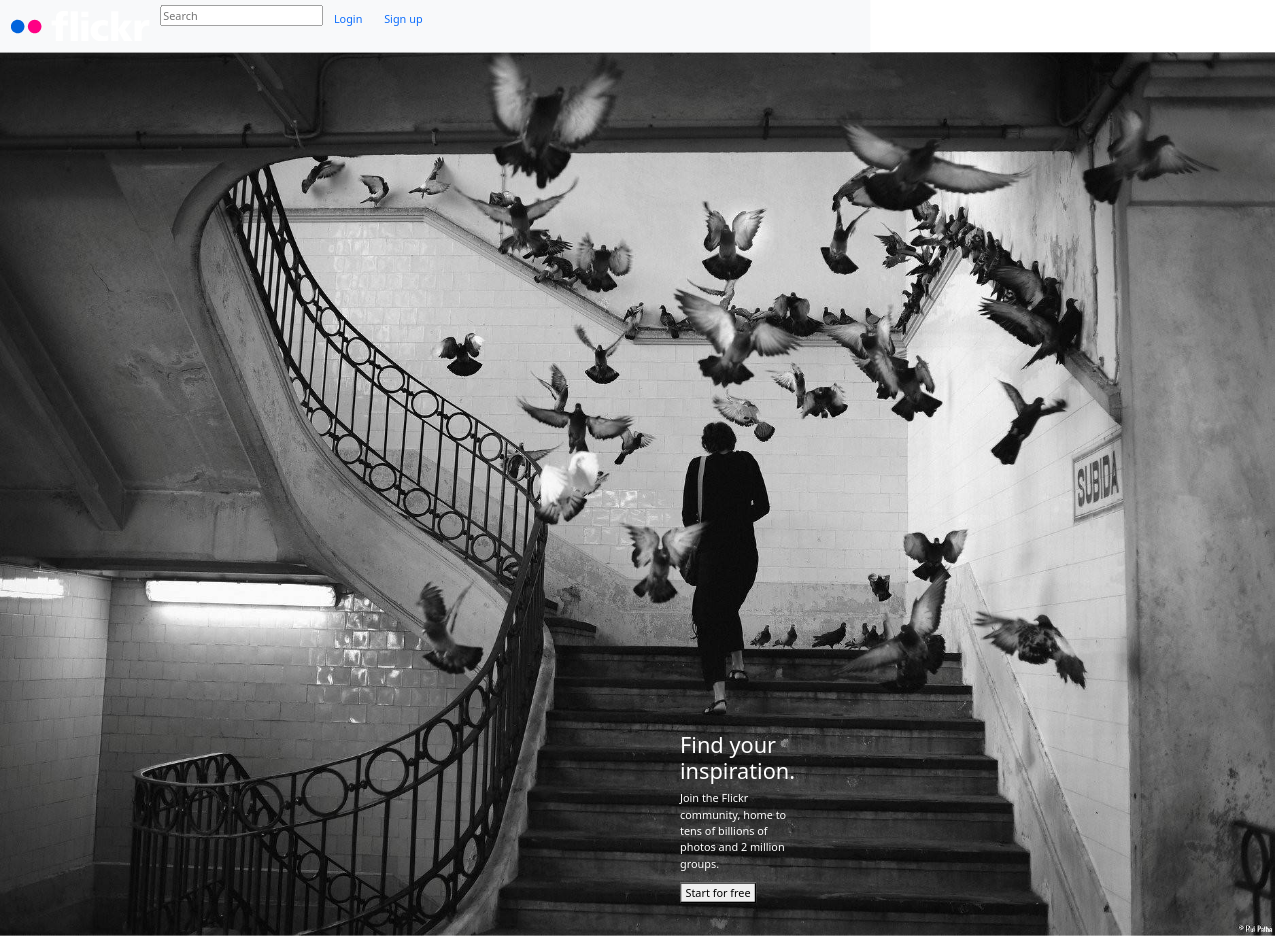
Repository: Alphosmart/LEVEL_1
Page: index.html
These files come from the project's save history. The page is drawn as it stood at one moment and after the next save; the edit follows.
The browser window is 1280 px wide. The page is 1875 px wide, so the pictures cover 1875 px, including what lies to the right of the window. The pictures show the whole page, at 68% of full size.

Above is the page before, as saved 2024-06-03 10:00:26.

### index.html
<!DOCTYPE html>
<html lang="en">
  <head>
    <meta charset="UTF-8" />
    <meta name="viewport" content="width=device-width, initial-scale=1.0" />
    <title>Flickr</title>
    <link rel="stylesheet" href="style.css" />
    <link rel="stylesheet" href="/bootstrap-5.3.3-dist/css/bootstrap.css" />
    <style>
      .mySlides {
        display: none;
      }
    </style>
  </head>
  <body>
    <nav class="navbar navbar-expand-lg bg-body-tertiary">
      <ul class="nav justify-content-end">
        <li class="nav-item">
          <img src="/svg-export/svgexport-2.svg" alt="" class="nav-link" />
        </li>
        <li class="nav-item"><input type="text" placeholder="Search" /></li>
        <li class="nav-item"><button class="nav-link">Login</button></li>
        <li class="nav-item"><button class="nav-link">Sign up</button></li>
      </ul>
    </nav>

    <section>
      <div
        style="
          position: absolute;
          margin: 1000px;
          padding: 100px
          align-items: center;
          color: white;
        "
      >
        <h2>Find your inspiration.</h2>
        <p>
          Join the Flickr community, home to tens of billions of photos and 2
          million groups.
        </p>
        <button>Start for free</button>
      </div>

      <div style="max-width: 500px">
        <img
          class="mySlides"
          src="/images/Barbara_van_der_Linde_Boet_and_Harvey.jpg"
          class="d-block w-100"
        />
        <img class="mySlides" src="/images/ines_maria_wingsofvienna.jpg"
        class="d-block w-100 />
        <img
          class="mySlides"
          src="/images/Kris_Peterson_Back_to_The_Future.jpg"
          class="d-block w-100"
        />
        <img
          class="mySlides"
          src="/images/Rui_Palha_Pigeons_at_Bolhao.jpg"
          class="d-block w-80"
        />
        <img
          class="mySlides"
          src="/images/Sally_Rose_Dolak_Tropical_Trendil_Treasure.jpg"
          class="d-block w-100"
        />
        <img
          class="mySlides"
          src="/images/Sean_Sweeney_Snow_Beauty.jpg"
          class="d-block w-100"
        />
      </div>
    </section>

    <script>
      var myIndex = 0;
      carousel();

      function carousel() {
        var i;
        var x = document.getElementsByClassName("mySlides");
        for (i = 0; i < x.length; i++) {
          x[i].style.display = "none";
        }
        myIndex++;
        if (myIndex > x.length) {
          myIndex = 1;
        }
        x[myIndex - 1].style.display = "block";
        setTimeout(carousel, 2000); // Change image every 2 seconds
      }
    </script>
  </body>
</html>

### style.css
/* body {
  font-family: Arial, sans-serif;
  margin: 0;
  padding: 0;
  box-sizing: border-box;
}

.slideshow-container {
  max-width: 500px;
  position: relative;
  margin: auto;
}

.mySlides {
  display: none;
}

.mySlides img {
  width: 100%;
  vertical-align: middle;
}

.fade {
  animation-name: fade;
  animation-duration: 2s;
  animation-iteration-count: infinite;
  animation-direction: alternate;
}

@keyframes fade {
  from {
    opacity: 0.4;
  }
  to {
    opacity: 1;
  }
}

@keyframes slide {
  0% {
    opacity: 0;
  }
  5% {
    opacity: 1;
  }
  20% {
    opacity: 1;
  }
  25% {
    opacity: 0;
  }
  100% {
    opacity: 0;
  }
}

.mySlides:nth-child(1) {
  animation: slide 12s infinite;
}

.mySlides:nth-child(2) {
  animation: slide 12s infinite 2s;
}

.mySlides:nth-child(3) {
  animation: slide 12s infinite 4s;
}

.mySlides:nth-child(4) {
  animation: slide 12s infinite 6s;
}

.mySlides:nth-child(5) {
  animation: slide 12s infinite 8s;
}

.mySlides:nth-child(6) {
  animation: slide 12s infinite 10s;
} */

Loaded but not shown: bootstrap-5.3.3-dist/css/bootstrap.css (library)

After the next save:
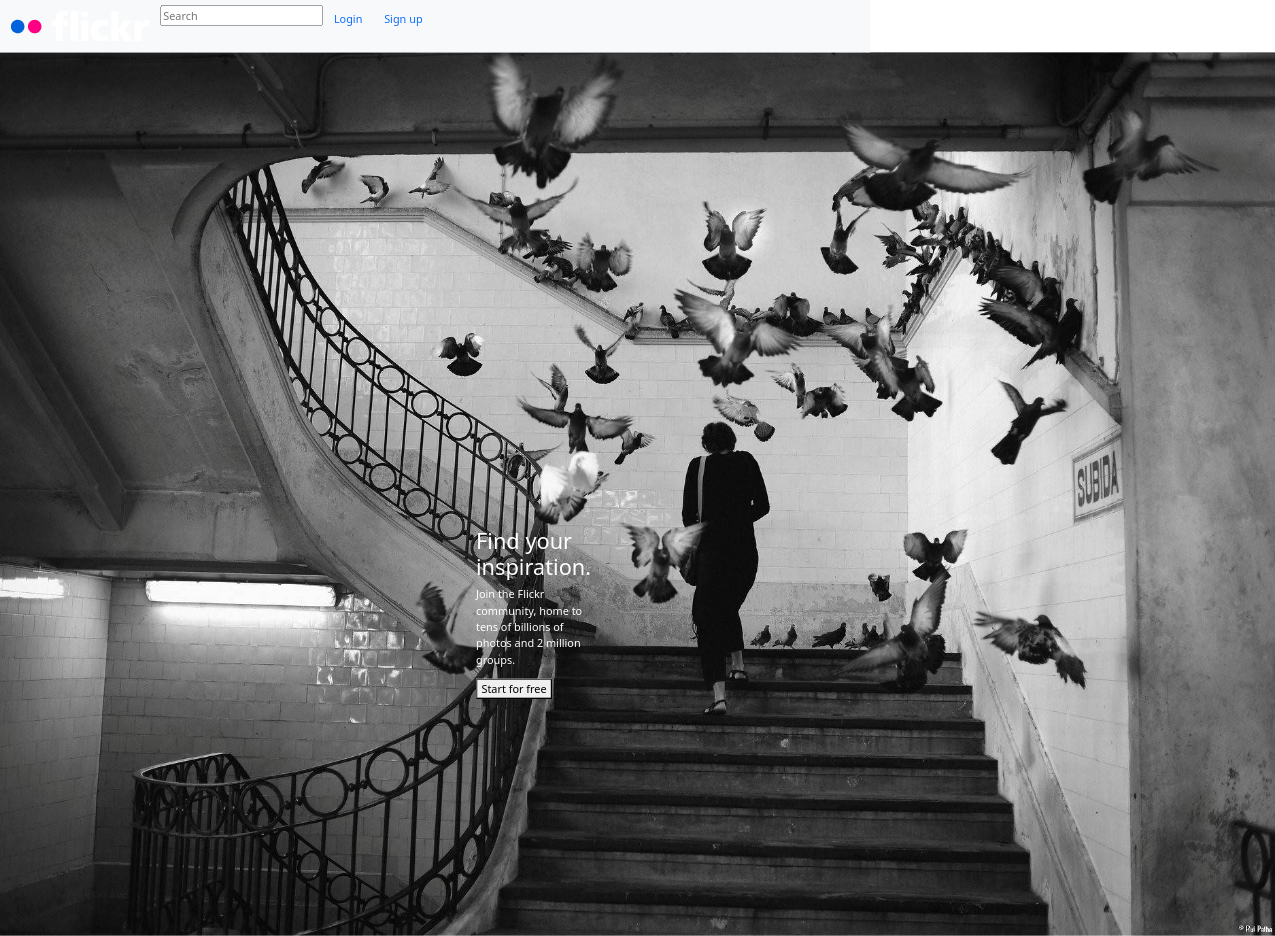
Saved 13 s later.
--- a/index.html
+++ b/index.html
@@ -28,7 +28,7 @@
       <div
         style="
           position: absolute;
-          margin: 1000px;
+          margin: 700px;
           padding: 100px
           align-items: center;
           color: white;
